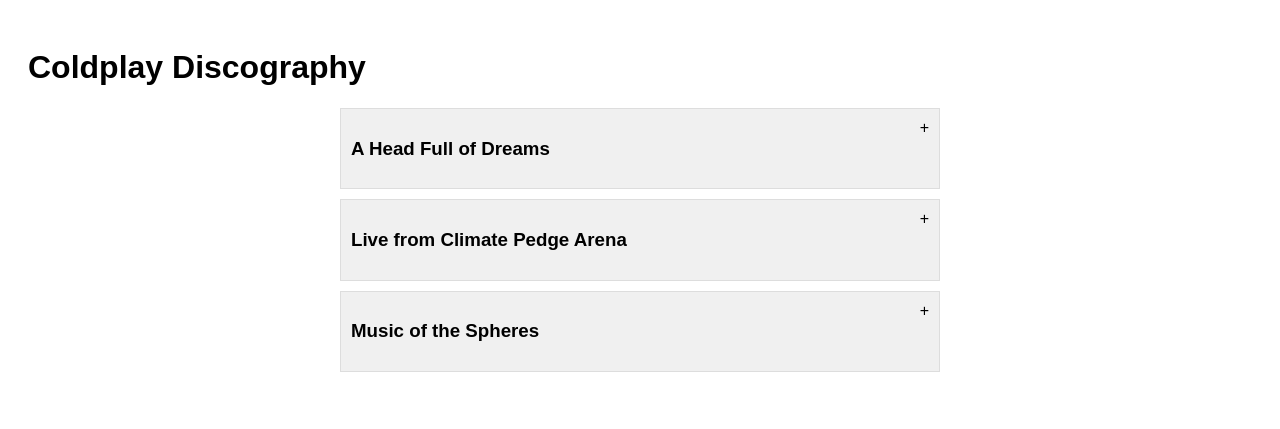
Repository: MelissaJacobi/Frontend-lab-1
Page: /
These files come from the project's save history. The page is drawn as it stood at one moment and after the next save; the edit follows.
The browser window is 1280 px wide. The pictures show the whole page.
The project was rebuilt for these pictures with package versions that can differ from the ones it lists, and the page was loaded fresh each time. Also part of the build but not shown: vite.config.js.

Above is the page before, as saved 2024-09-11 11:41:16.

### src/App.jsx
import React from 'react';
import './index.css';
import Accordion from './Components/Accordion';

function App() {
  return (
    <div className="App">
      <h1>Coldplay Discography</h1>
      <Accordion />
    </div>
  );
}

export default App;

### src/index.css
.App {
  font-family: sans-serif;
  padding: 20px;
}

.accordion {
  width: 100%;
  max-width: 600px;
  margin: 0 auto;
}

.accordion-item {
  border: 1px solid #ddd;
  margin-bottom: 10px;
}

.accordion-header {
  padding: 10px;
  cursor: pointer;
  display: flex;
  justify-content: space-between;
  background-color: #f0f0f0;
}

.accordion-content {
  padding: 10px;
  background-color: #fff;
}

.accordion-header:hover {
  background-color: #e0e0e0;
}

### src/Components/Accordion.jsx
import React, { useState } from 'react';

const AccordionItem = ({ title, content }) => {
  const [isOpen, setIsOpen] = useState(false);

  const toggleAccordion = () => {
    setIsOpen(!isOpen);
  };

  return (
    <div className="accordion-item">
      <div className="accordion-header" onClick={toggleAccordion}>
        <h3>{title}</h3>
        <span>{isOpen ? '-' : '+'}</span>
      </div>
      {isOpen && (
        <div className="accordion-content">
          {content.map((item, index) => (
            <p key={index}>{item}</p>
          ))}
        </div>
      )}
    </div>
  );
};

const Accordion = () => {
  const accordionData = [
    {
      title: 'A Head Full of Dreams',
      content: ['A Head Full of Dreams', 'Birds', 'Hymn For the Weekend', 'Everglow', 'Adventure of a Lifetime', 'Fun', 'keleidoscope', 'Army of One', 'Amazing day', 'Color Spectrum', 'Up&Up', 'Something just like this'],
    },
    {
      title: 'Live from Climate Pedge Arena',
      content: ['Viva la Vida', 'Human Heart', 'People of Pride', 'Fix you'],
    },
    {
      title: 'Music of the Spheres',
      content: ['Music of the Spheres', 'Higher power', 'Humankind', 'Alien Choir', 'Let somebody go', 'Biutyful', 'my universe', 'infinity sign', 'Coloratura', 'higher power', 'My Universe'],
    },
  ];

  return (
    <div className="accordion">
      {accordionData.map((item, index) => (
        <AccordionItem key={index} title={item.title} content={item.content} />
      ))}
    </div>
  );
};

export default Accordion;

Loaded but not shown: index.html (common file); src/main.jsx (common file)

After the next save:
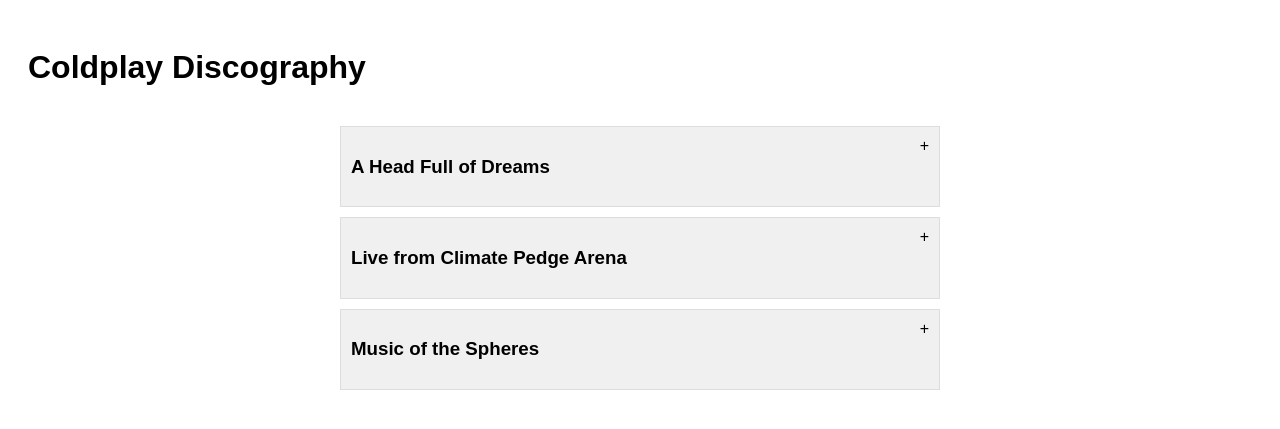
Saved 13 s later.
--- a/src/App.jsx
+++ b/src/App.jsx
@@ -6,6 +6,7 @@
   return (
     <div className="App">
       <h1>Coldplay Discography</h1>
+      <img></img>
       <Accordion />
     </div>
   );
